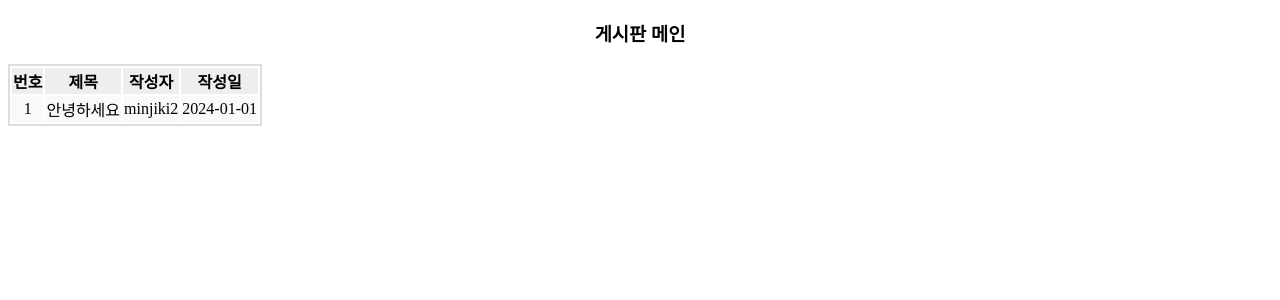
Repository: minjikimkim2222/BBS
Page: http://localhost/BBS/bbs.jsp
An editor plug-in stored every save of this project. The page is shown before and after the next save, followed by the edit.
The browser window is 1280 px wide. The pictures show the whole page.
The page is served by Tomcat 9. Other server files are loaded and not shown.

Above is the page before, as saved 2024-01-01 12:58:20.

### BBS/src/main/webapp/bbs.jsp
<%@ page language="java" contentType="text/html; charset=UTF-8"
    pageEncoding="UTF-8"%>
<!DOCTYPE html>
<html>
<head>

	<meta HTTP-EQUIV="content-type" CONTENT="text/html; CHARSET=UTF-8" charset = "UTF-8"> <!--  클라이언트 문자 인코딩 방식  -->
	<meta name="viewport" content="width=device-width, initial-scale=1.0">
	<link rel = "stylesheet" href = "css/bootstrap.css">

	<title>bbs 게시판 화면</title>
</head>
<body>

<!-- 게시판 메인 페이지 영역 시작  -->

	<div class = "container">
		<div class = "row">
			<h3 style = "text-align : center;">게시판 메인</h3>
			<table class = "table table-striped" style = "text-align : center; border : 2px solid #dddddd">
				<thead>
					<tr>
						<th style = "background-color : #eeeeee" >번호</th>
						<th style = "background-color : #eeeeee">제목</th>
						<th style = "background-color : #eeeeee">작성자</th>
						<th style = "background-color : #eeeeee">작성일</th>
					</tr>
				</thead>
				<tbody>
					<tr>
						<td>1</td>
						<td>안녕하세요</td>
						<td>minjiki2</td>
						<td>2024-01-01</td>
					</tr>
				</tbody>
			</table>

			<!-- 글쓰기 버튼 생성, 버튼 누르면 write.jsp 페이지로 이동할 것 -->


		</div>
	</div>
</body>
</html>

### BBS/src/main/webapp/css/bootstrap.css
@charset "UTF-8";

.form-group {
  margin-bottom: 20px;
}

.form-control {
  display: block;
  width: 100%;
  height: 40px;
  padding: 10px 15px;
  font-size: 14px;
  line-height: 1.42857143;
  color: #555;
  background-color: #fff;
  background-image: none;
  border: 1px solid #ccc;
  border-radius: 4px;
  -webkit-box-shadow: inset 0 1px 1px rgba(0, 0, 0, .075);
          box-shadow: inset 0 1px 1px rgba(0, 0, 0, .075);
  -webkit-transition: border-color ease-in-out .15s, -webkit-box-shadow ease-in-out .15s;
       -o-transition: border-color ease-in-out .15s, box-shadow ease-in-out .15s;
          transition: border-color ease-in-out .15s, box-shadow ease-in-out .15s;
  box-sizing: border-box; /* 추가된 부분 */
}

.container {
  padding-right: 15px;
  padding-left: 15px;
  margin-right: auto;
  margin-left: auto;
}

.jumbotron {
  padding-top: 30px;
  padding-bottom: 30px;
  margin-bottom: 30px;
  color: inherit;
  background-color: #eee;
  box-sizing: border-box; /* 추가된 부분 */
}

.col-lg-4 {
  width: 33.33333333%;
}


.col-lg-5 {
    width: 41.66666667%;
}

/* 게시판 기능 추가 이후 */
.row {
  margin-right: -15px;
  margin-left: -15px;
}

table {
  background-color: transparent;
}

.table-striped > tbody > tr:nth-of-type(odd) {
  background-color: #f9f9f9;
}

.btn {
  display: inline-block;
  padding: 6px 12px;
  margin-bottom: 0;
  font-size: 14px;
  font-weight: normal;
  line-height: 1.42857143;
  text-align: center;
  white-space: nowrap;
  vertical-align: middle;
  -ms-touch-action: manipulation;
      touch-action: manipulation;
  cursor: pointer;
  -webkit-user-select: none;
     -moz-user-select: none;
      -ms-user-select: none;
          user-select: none;
  background-image: none;
  border: 1px solid transparent;
  border-radius: 4px;
}

.btn-primary {
  color: #fff;
  background-color: #337ab7;
  border-color: #2e6da4;
}

.pull-right {
  float: right !important;
}

After the next save:
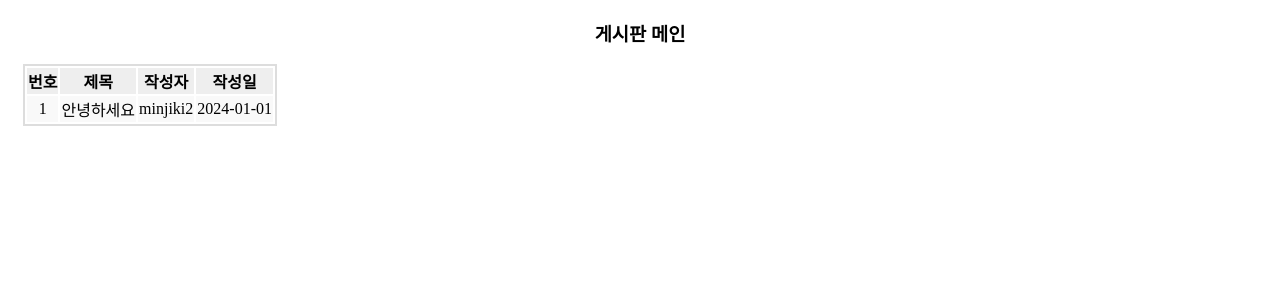
Saved 56 s later.
--- a/BBS/src/main/webapp/bbs.jsp
+++ b/BBS/src/main/webapp/bbs.jsp
@@ -15,7 +15,7 @@
 <!-- 게시판 메인 페이지 영역 시작  -->
 
 	<div class = "container">
-		<div class = "row">
+		<div>
 			<h3 style = "text-align : center;">게시판 메인</h3>
 			<table class = "table table-striped" style = "text-align : center; border : 2px solid #dddddd">
 				<thead>
